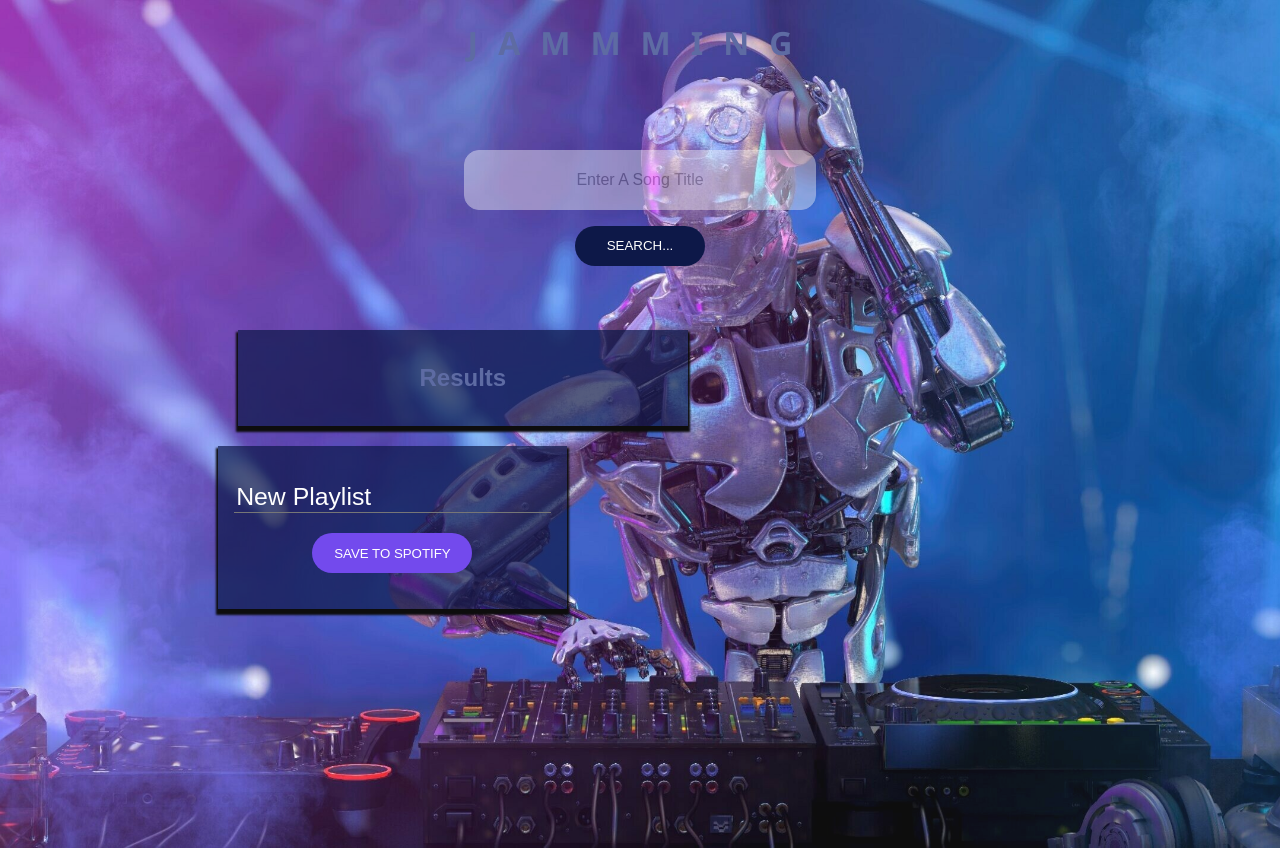
Repository: LolaSL/jamming
Page: /
An editor plug-in stored every save of this project. The page is shown before and after the next save, followed by the edit.
The browser window is 1280 px wide. The pictures show the whole page.
The project was rebuilt for these pictures with package versions that can differ from the ones it lists, and the page was loaded fresh each time. Also part of the build but not shown: src/components/Track/Track.css, src/components/Track/Track.jsx.

Above is the page before, as saved 2023-06-22 18:41:08.

After the next save:
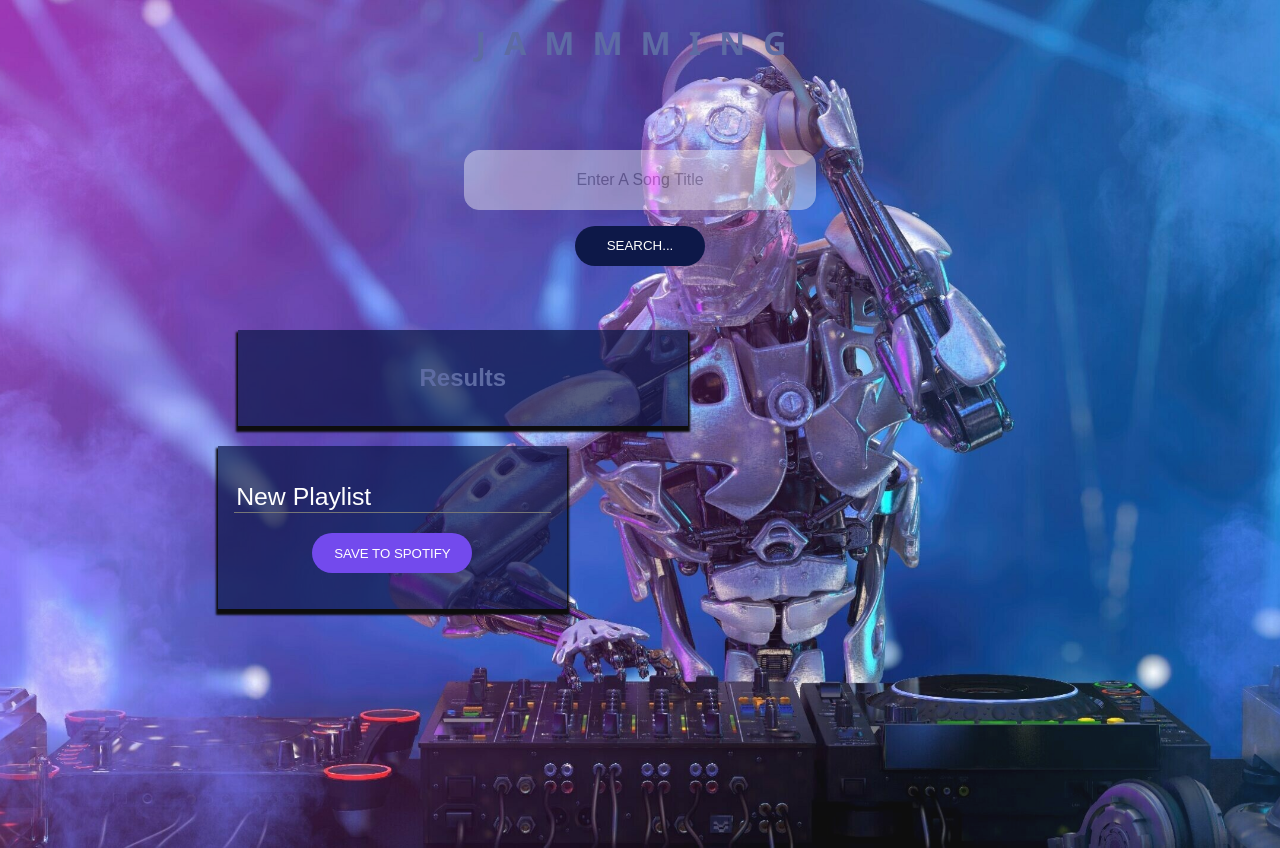
Saved 12 s later.
--- a/src/App/App.css
+++ b/src/App/App.css
@@ -22,5 +22,5 @@ html,
 h1{
   font-family:'Segoe UI', Tahoma, Geneva, Verdana, sans-serif;
   text-transform: uppercase;
-  letter-spacing: 20px;
+  letter-spacing: 18px;
 }
